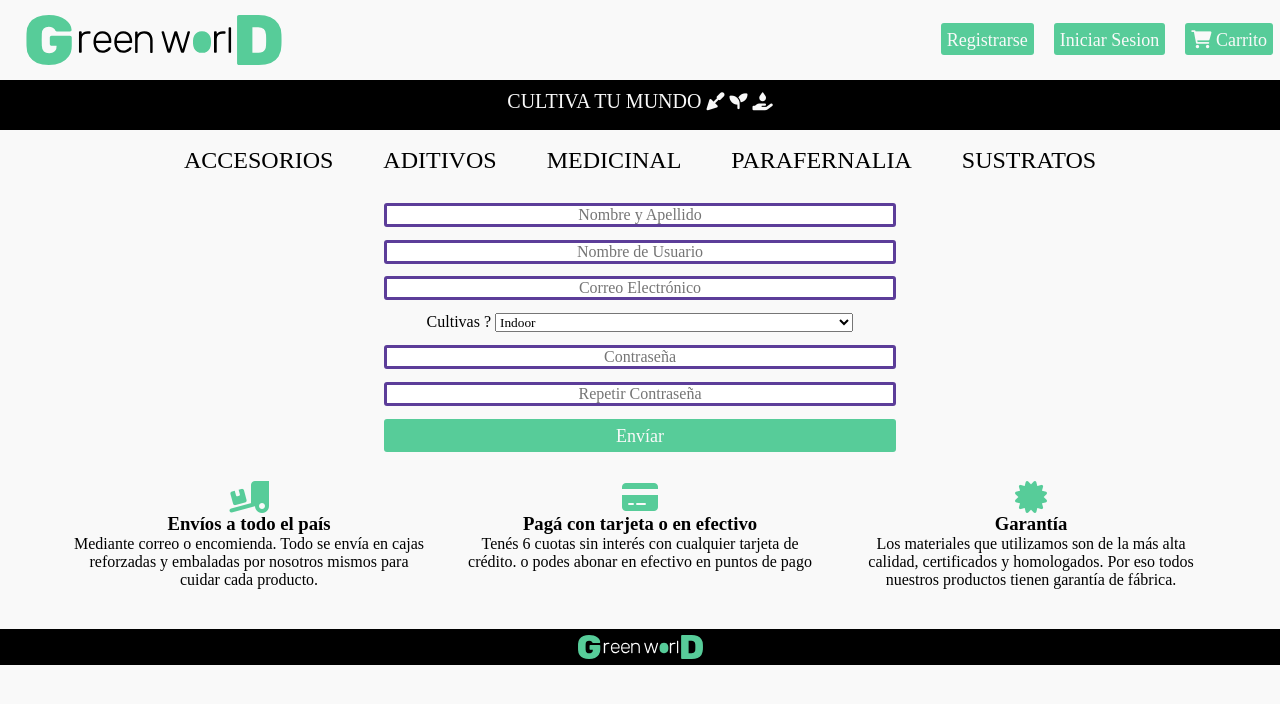
Repository: francoG98/grupo_9_Green_World
Page: source/views/register.html
These files come from the project's save history. The page is drawn as it stood at one moment and after the next save; the edit follows.
The browser window is 1280 px wide. The pictures show the whole page.
Some web fonts or font styles are not loaded; a fallback is used. Some web libraries are served in a nearby version.

Above is the page before, as saved 2022-06-24 20:24:02.

### source/views/register.html
<!DOCTYPE html>
<html lang="en">
<head>
    <meta charset="UTF-8">
    <meta http-equiv="X-UA-Compatible" content="IE=edge">
    <meta name="viewport" content="width=device-width, initial-scale=1.0">
    <title>Green World</title>

    <link rel="preconnect" href="https://fonts.googleapis.com">
<link rel="preconnect" href="https://fonts.gstatic.com" crossorigin>
<link href="https://fonts.googleapis.com/css2?family=Abel&family=Anek+Gujarati:wght@100;200;300;400;500;600;700;800&display=swap" rel="stylesheet">
<link rel="stylesheet" href="https://cdnjs.cloudflare.com/ajax/libs/font-awesome/6.1.1/css/all.min.css" integrity="sha512-KfkfwYDsLkIlwQp6LFnl8zNdLGxu9YAA1QvwINks4PhcElQSvqcyVLLD9aMhXd13uQjoXtEKNosOWaZqXgel0g==" crossorigin="anonymous" referrerpolicy="no-referrer" />
<link rel="stylesheet" href="/css/main-register.css">
<link rel="stylesheet" href="/css/header.css">
<link rel="stylesheet" href="/css/footer.css">

</head>
<body>
    <header>
        <div class="header-top-bar">
            <figure>
                <a href="/"><img src="/assets/logo-edu.svg" alt="Logo Green World" class="header-logo"></a>
            </figure>
            <div class="chart-burger">
                <a href="/chart" >
                    <i class="fa-solid fa-basket-shopping"></i>
                </a>
                <a href="" >
                    <i class="fas fa-bars"></i>
                </a>
            </div>
            <nav class="header-top-nav-bar">
                <ul>
                    <li><a href="/register">Registrarse</a> </li>
                    <li><a href="/login">Iniciar Sesion</a></li>
                    <li><a href="/chart"><i class="fa-solid fa-cart-shopping"></i>  Carrito</a></li>
                </ul>
            </nav>
        </div>
        <h2>CULTIVA TU MUNDO   <i id="pala" class="fa-solid fa-trowel"></i>    <i id="planta" class="fa-solid fa-seedling"></i>    <i id="agua" class="fa-solid fa-hand-holding-droplet"></i></h2>



        <nav class="header-bottom-nav-bar">
            <ul>
                <li ><a href="/accesorios">ACCESORIOS</a></li>
                <li ><a href="/aditivos">ADITIVOS</a></li>
                <li ><a href="/medicinal">MEDICINAL</a></li>
                <li ><a href="/parafernalia">PARAFERNALIA</a></li>
                <li ><a href="/sustratos">SUSTRATOS</a></li>
            </ul>
        </nav>
    </header>
    <main>
          <form method="post" action="">
            <p>
                <input type="text" name="nombre-apellido" placeholder="Nombre y Apellido" required>
            </p>
            <p>
                <input type="text" name="usuario" placeholder="Nombre de Usuario" required>
            </p>
            <p>
                <input type="mail" name="mail" placeholder="Correo Electrónico" required>
            </p>
            <p class="cultivo">
                <label for="cultivo"> Cultivas ?</label>
                    <select name="cultivo" id="cultivo" required>
                        <option value="Indoor">Indoor</option>
                        <option value="outdoor">Outdoor</option>
                        <option value="ambas">ambas</option>
                        <option value="ninguna">No cultivo</option>
                    </select>
            </p>
            <p>
                <input type="password" name="password" placeholder="Contraseña" required>
            </p>
            <p>
                <input type="password" name="repetir-password" placeholder="Repetir Contraseña" required>
            </p>
            <a href="./home.html"><button type="submit" name="registrar"> Envíar </button></a>
    </main>
    <footer>
        <div class="footer-top-bar">
            <section>
                <i class="fa-solid fa-truck-ramp-box"></i>
                <h3>Envíos a todo el país</h3>
                <p>Mediante correo o encomienda. Todo se envía en cajas reforzadas y embaladas por nosotros mismos para cuidar cada producto.</p>
            </section>
            <section>
                <i class="fa-solid fa-credit-card"></i>
                <h3>Pagá con tarjeta o en efectivo</h3>
                <p>Tenés 6 cuotas sin interés con cualquier tarjeta de crédito. o podes abonar en efectivo en
                    puntos de pago</p>
            </section>
            <section>
                <i class="fa-solid fa-certificate"></i>
                <h3>Garantía</h3>
                <p>Los materiales que utilizamos son de la más alta calidad, certificados y homologados. Por eso todos nuestros productos tienen garantía de fábrica.</p>
            </section>
        </div>
        <div class="footer-bottom-bar">
            <a href="/"><img src="/assets/logo-blanco-57cc99.svg" alt="Logo Green World" class="header-logo"></a>


        </div>
    </footer>

</body>
</html>

### public/css/main-register.css
*{
    margin: 0px;
    padding: 0px;
    box-sizing: border-box;
    font-family: "Anek Gujarati";
    }
a button{
    text-decoration: none;
        font-size: 18px;
        color:#f9f9f9;
        background-color:#57CC99;
        Width: 40%;
        padding:7px 6px 5px 6px;
        border: none;
        transition: opacity 200ms;
        justify-content: center;
        text-align: center;
        margin-left: 30%;
        margin-top: 1%;
        border-radius: 3px;
}
input{
    margin-left: 30%;
    margin-top: 1%;
    border: 3px solid #5c3d99;
    width: 40%;
    text-align: center;
    font-size: 16px;
    border-radius: 3px;
     ;

}
p.cultivo{
    margin-left: 30%;
    margin-top: 1%;
    width: 40%;
    text-align: center;
    font-size: 16px;
    border-radius: 3px;
}
select{
    width: 70%
}

### public/css/header.css
*{
    margin: 0px;
    padding: 0px;
    box-sizing: border-box;
    font-family: "Anek Gujarati";
    }
header{
    height:72px
}
.header-top-bar{
    display: flex;
    flex-wrap: wrap;
    /*
    background-color: #af95e2;*/
    background-color: #f9f9f9;
    align-items: center;
    justify-content: space-between;
    height: 40px;
    width:100vw;

}
.header-top-bar figure{
    width: 220px;
    height: 32px;;
    margin: 4px;

}
.header-logo{
    width: 100%;
    height:32px;


}
header h2{
    width: 100%;
    text-align: center;
    font-weight: normal;;
    background-color:black;
    color: #f9f9f9;;
    font-size: 18px;
    height:32px;;
    padding-top:6px


}

nav.header-top-nav-bar{
    width: 100%;
    order:3;
}

div.chart-burger{
    display: flex;
    justify-content: flex-end;
    align-items: center;
    gap: 5px;
    margin: 4px 10px;

}
div.chart-burger a{
    text-align:center;
    color:#f9f9f9;;
    /*
    background-color: #3e0b5e;*/
    background-color: #57CC99;
    box-sizing: border-box;
    height:32px;
    font-size: 18px;
    width: 32px;
    padding-top:4.4px;
    border-radius: 3px

}


nav.header-top-nav-bar ul{
    list-style: none;
    margin: 0 ;
    padding: 0;
    display: none;
    justify-content: space-between;
    flex-wrap: wrap;
}
nav.header-top-nav-bar ul li{
    width: 50%
}


.header-bottom-nav-bar ul{
    list-style: none;
    margin: 0 ;
    padding: 0;
    display: none

}

@media(min-width:768px){
    .header-top-nav-bar{
        display: none;
        order: 2;
        width: 100vw
    }

}
@media(min-width:1024px){
    body{background-color: #f9f9f9;

    }
    header{
        background-color: #f9f9f9;
        height: auto

    }
    .header-top-bar{
        display: flex;
        flex-wrap: wrap;
        background-color: #f9f9f9;
        align-items: center;
        justify-content: space-between;
        height: 80px;
        width:100vw;
        max-width: 1400px;
        margin:auto
    }
    .header-top-bar figure{
        width: 300px;
        height: 50px

    }
    .header-logo{
        height:100%;
    }

    nav.header-top-nav-bar{
        height:40px;
        align-items: center;
        display:flex;
        justify-content: flex-end;
        width:auto
    }

    div.chart-burger{
        display: none;
        order:5;
        width: 100%
    }
    nav.header-top-nav-bar ul{
        list-style: none;
        padding: 0;
        display: flex;
        justify-content: flex-end;
        align-items: center;
        flex-wrap: wrap;
        gap: 20px;
        text-decoration: none;
        margin:7px;
        order:3
    }
    nav.header-top-nav-bar ul li {
        width: auto;
    }
    nav.header-top-nav-bar ul li a{
        text-decoration: none;
        font-size: 18px;
        color:#f9f9f9;
        background-color:#57CC99;
        padding:7px 6px 5px 6px;
        border-radius:3px;
        transition: opacity 200ms
    }

    nav.header-top-nav-bar ul li a:hover{
        opacity: 0.7
    }
    header h2{
        width: 100%;
        height: 50px;
        padding-top: 10px;
        font-weight: normal;
        background-color:black;
        color: #f9f9f9;
        font-size: 20px;

    }
    #pala{
        transition: color 500ms, font-size 500ms
    }
    #pala:hover{
        color:#f65a5a;
        font-size: 40px
    }
    #planta{
        transition: color 500ms, font-size 500ms
    }
    #planta:hover{
        color:#80ed99;
        font-size: 40px
    }
    #agua{
        transition: color 500ms, font-size 500ms
    }
    #agua:hover{
        color:#90c0e0;
        font-size: 40px
    }


    .header-bottom-nav-bar ul{

        display: flex;
        justify-content: center;
        align-items: center;
        gap: 50px;
        height: 60px
    }
    .header-bottom-nav-bar ul a{
        text-decoration: none;
        font-size: 24px;
        color: black;

        transition: font-size 200ms
    }
    .header-bottom-nav-bar ul a:hover{
        font-size:30px;
        font-weight: 500;
        color: #57CC99
    }
}

### public/css/footer.css
footer{
    background-color:#f9f9f9

}
.footer-top-bar{
    display:flex;
    flex-wrap:wrap
}
.footer-top-bar section{
    width:100%;
    text-align: center;
    padding:10px
}

.footer-top-bar section i{
    color:#57CC99;
    font-size: 2em;
    line-height:10px;
    margin: auto;
    }
.footer-top-bar section h3{
font-weight:700
}
.footer-top-bar section p{
    font-family:"Abel"
}
.footer-bottom-bar{
    background-color:black;

}
.footer-bottom-bar a{
    display: flex;
    justify-content: center;
    align-content: center;
    padding:6px
}
.footer-bottom-bar a img{
    max-width:125px
}

@media(min-width:768px){
    .footer-top-bar{
        display:flex;
        justify-content: center;
        gap: 10px;
        padding: 30px 5px
    }
    .footer-top-bar section{
        width: 30%
    }


}

After the next save:
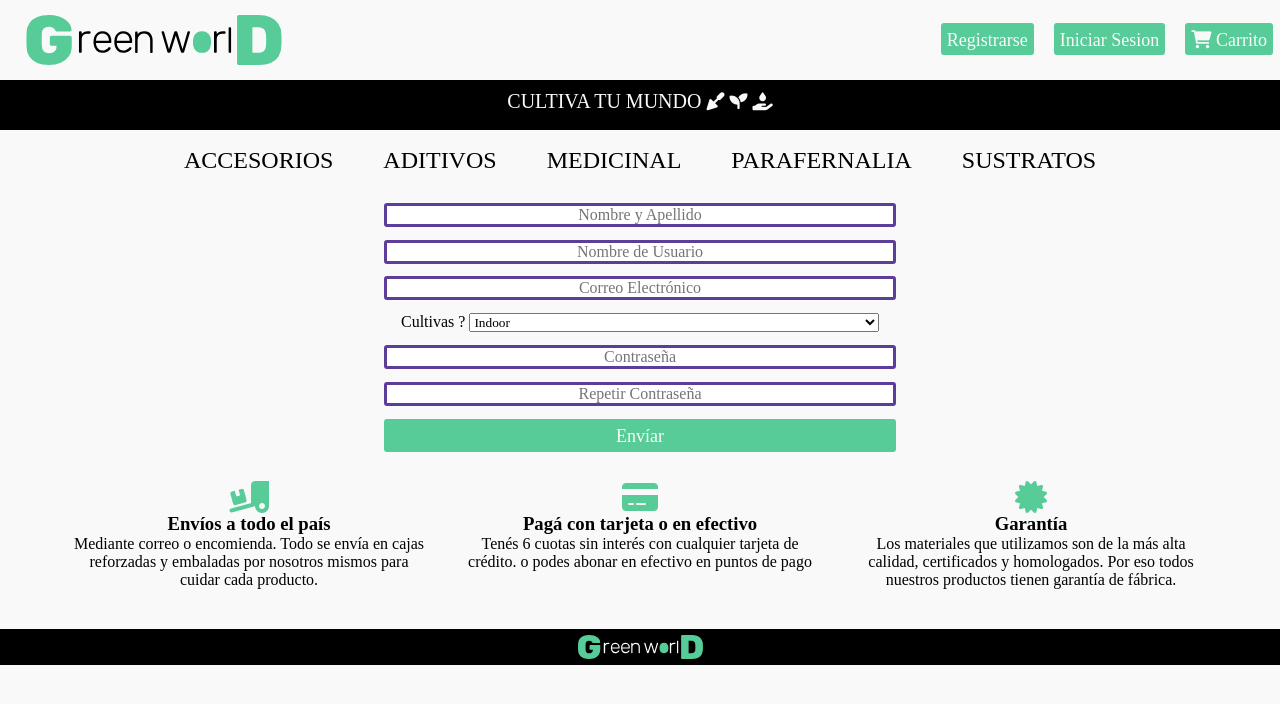
Saved 12 s later.
--- a/public/css/main-register.css
+++ b/public/css/main-register.css
@@ -39,5 +39,5 @@ p.cultivo{
     border-radius: 3px;
 }
 select{
-    width: 70%
+    width: 80%
 }
